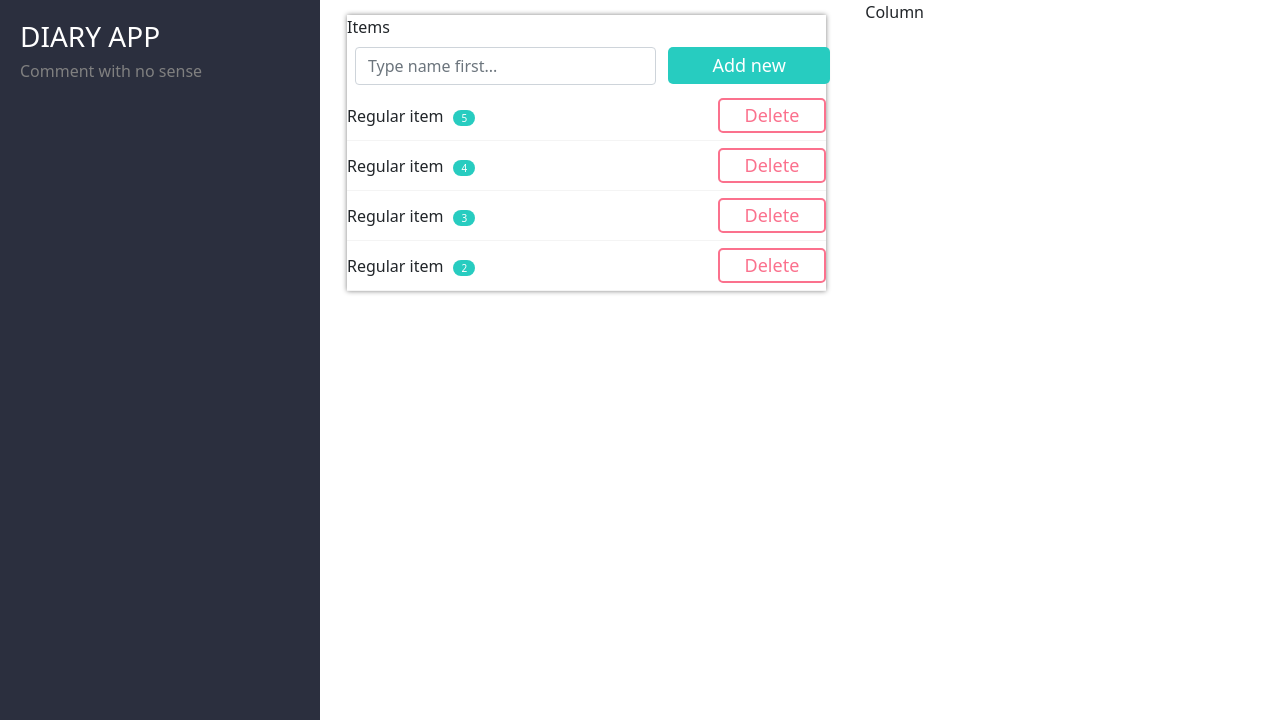
Repository: tsydikov/diary
Page: /
An editor plug-in stored every save of this project. The page is shown before and after the next save, followed by the edit.
The browser window is 1280 px wide. The pictures show the whole page.
The project was rebuilt for these pictures with package versions that can differ from the ones it lists, and the page was loaded fresh each time.

Above is the page before, as saved 2021-09-10 21:28:17.

### public/index.html
<!DOCTYPE html>
<html lang="en">
  <head>
    <meta charset="utf-8" />
    <meta name="viewport" content="width=device-width, initial-scale=1" />
    <link href="https://cdn.jsdelivr.net/npm/bootstrap@5.1.1/dist/css/bootstrap.min.css" rel="stylesheet" integrity="sha384-F3w7mX95PdgyTmZZMECAngseQB83DfGTowi0iMjiWaeVhAn4FJkqJByhZMI3AhiU" crossorigin="anonymous">
    <title>Diary App</title>
  </head>
  <body>
    <noscript>You need to enable JavaScript to run this app.</noscript>
    <div id="root"></div>
  </body>
</html>

### src/App.js
import React, { useState } from "react";
import Navbar from "./UI/Navbar/Navbar";
import './styles/App.css'
import Items from "./components/Items";
import ItemForm from "./components/ItemForm";

function App() {
  const [items, setItems] = useState([
    { id: 1, title: 'Regular item', comments: [1, 2, 3, 4, 5] },
    { id: 2, title: 'Regular item', comments: [1, 2, 3, 4] },
    { id: 3, title: 'Regular item', comments: [1, 2, 3] },
    { id: 4, title: 'Regular item', comments: [1, 2] },
  ])
  const createItem = (newItem) => {
    setItems([...items, newItem])
  }


  return (
    <div className="container-fluid" >
      <div className="row " >
        <div className="col-3 px-0" >
          <Navbar />
        </div>
        <div className="col-5">
          <div className="items_cotainer">
            <ItemForm create={createItem} />
            <Items items={items} />
          </div>
        </div>
        <div className="col-4">
          Column
    </div>
      </div>
    </div>
  );
}

export default App;

### src/UI/Navbar/Navbar.jsx
import React from 'react';
import cl from './Navbar.module.css'
// style={{background:'red'}}
const Navbar = () => {
    return (
        <div className={cl.container} >
            <h1>diary app</h1>
            <h3>Comment with no sense</h3>
        </div>
    );
};

export default Navbar;

### src/styles/App.css
* {
    margin: 0;
    padding: 0;
    box-sizing: border-box;
}

#root {
    display: flex;
    flex-direction: column;
    align-items: center;
}

.item_cotainer {
    display: flex;
    justify-content: space-between;
    align-items: center;
    padding: 5px 0;
}

.item_cotainer span {
    font-size: 10px;
    color: white;
    background-color: #27ccc0;
    border-radius: 20px;
    margin: 0 10px;
    padding: 1px 8px;
}

hr {
    margin: 2px 0;
    background: lightgray;
    /* background: tomato; */
}

.items_cotainer {
    box-shadow: 0 0 5px grey;
    margin-top: 25px;
    margin: 15px;
}

### src/components/Items.jsx
import React from 'react';
import Item from './Item';

const Items = ({items}) => {

    return (
        <div>
            {items.map(item =>
                <div>
                    <Item item={item} key={item.id} />
                    <hr />
                </div>
            )}
        </div>
    );
};

export default Items;

### src/components/ItemForm.jsx
import React, { useState } from 'react';
import Button from '../UI/Buttons/Button';

const ItemForm = ({create}) => {
    const [title, setTitle] = useState('')

    const addNewItem = (e) => {
        e.preventDefault()
        const newItem = {
          id: Date.now(),
          title,
          comments: []
        }
        create(newItem)
        setTitle('')
      }

    return (
        <div className="container-fluid px-0" >
            Items
            <div className="row p-2">
              <div className="col-8 ">
                <input
                  value={title}
                  onChange={e => setTitle(e.target.value)}
                  className="form-control me-2"
                  type="text"
                  placeholder="Type name first..."
                />
              </div>
              <div className="col-4 p-0">
                <Button onClick={addNewItem} >Add new</Button>
              </div>
            </div>
          </div>
    );
};

export default ItemForm;

### src/UI/Navbar/Navbar.module.css
.container {
    background: #2b2f3e;
    height: 100vh;
    padding: 20px;
    /* width: initial; */
}

.container h1 {
    text-transform: uppercase;
    color:white;
    font-size: 28px;
    font-weight:200;
}

.container h3 {
    color:grey;
    font-size: 16px;
    font-weight:200;
}

### src/components/Item.jsx
import React from 'react';
import ButtonDelete from '../UI/Buttons/ButtonDelete';

const Item = (props) => {
    return (
        <div className="item_cotainer">
              <div>
                {props.item.title}<span>{props.item.comments.length}</span>
              </div>
              <ButtonDelete>
                Delete
                </ButtonDelete>
            </div>
    );
};

export default Item;

### src/UI/Buttons/Button.jsx
import React from 'react'
import cl from "./Button.module.css";

const Button = ({ children, ...props }) => {
    return (
        <button {...props} className={cl.Btn}>
            {children}
        </button>
    )
}

export default Button;

### src/UI/Buttons/ButtonDelete.jsx
import React from 'react'
import cl from "./Button.module.css";

const ButtonDelete = ({ children, ...props }) => {
    return (
        <button {...props} className={cl.BtnDel}>
            {children}
        </button>
    )
}

export default ButtonDelete;

### src/UI/Buttons/Button.module.css
.Btn {
    padding: 5px 10px;
    color: white;
    font-size: 18px;
    border: none;
    cursor: pointer;
    background-color: #27ccc0;
    border-radius: 5px;
    display:flex;
    align-items:stretch;
    justify-content: center;
    text-align: center;
    width: 100%;
}
.BtnDel {
    padding: 2px 25px;
    color: #fb718d;
    font-size: 18px;
    border: 2px solid #fb718d;
    cursor: pointer;
    background-color: white;
    border-radius: 5px;
    display:flex;
    align-items:stretch;
    text-align: center;
}

/* .BtnCancel svg {
    height: 1rem;
    padding-right: 5px;
    padding-bottom: 3px;
} */

Loaded but not shown: src/index.js (common file)

After the next save:
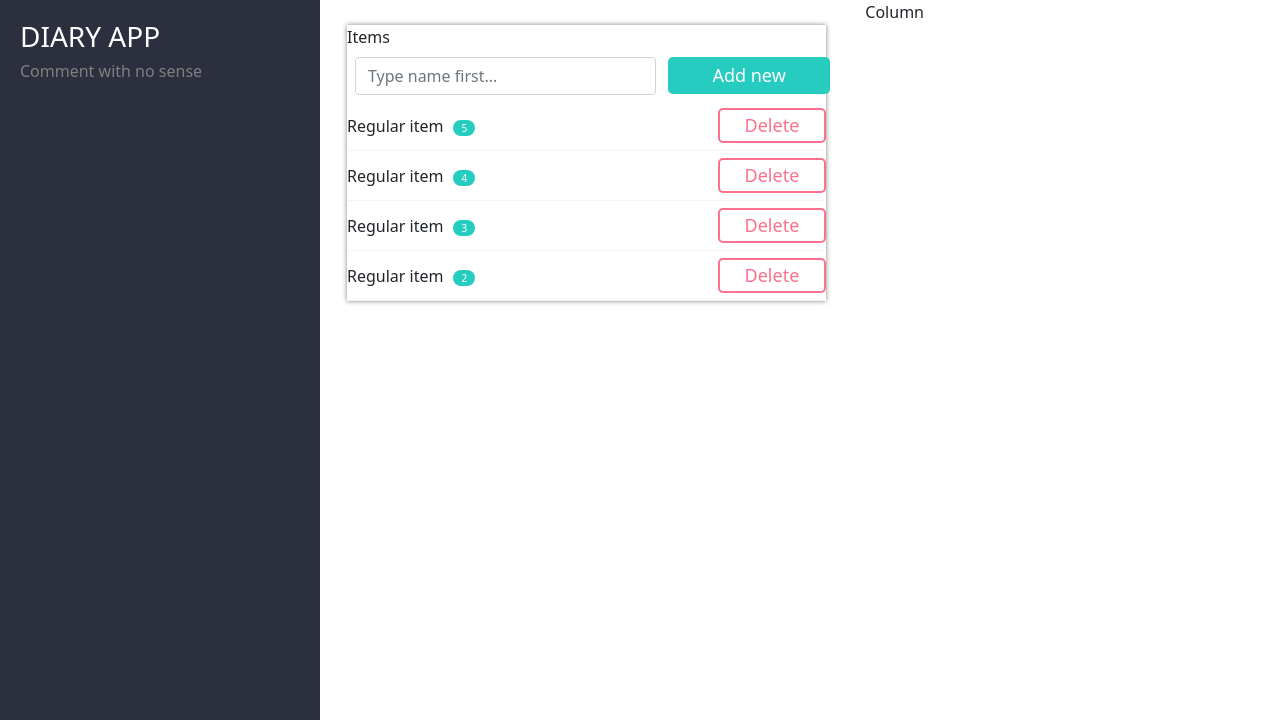
Saved 9 s later.
--- a/src/styles/App.css
+++ b/src/styles/App.css
@@ -34,6 +34,7 @@ hr {
 
 .items_cotainer {
     box-shadow: 0 0 5px grey;
+
+    margin: 15px;
     margin-top: 25px;
-    margin: 15px;
 }
